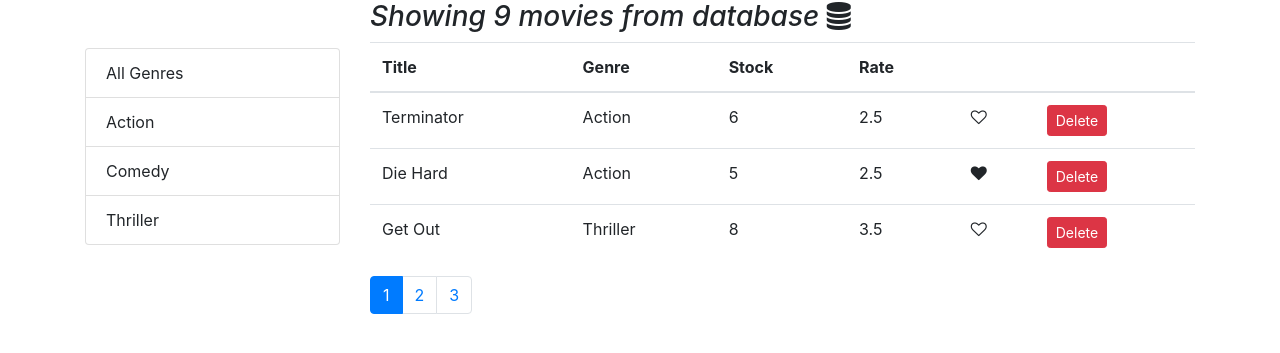
Repository: Edes2128/MovieTable-pagination-filter-sorting-in-React
Page: /
An editor plug-in stored every save of this project. The page is shown before and after a run of saves, followed by the edit.
The browser window is 1280 px wide. The pictures show the whole page.
The project was rebuilt for these pictures with package versions that can differ from the ones it lists, and the page was loaded fresh each time.

Above is the page before, as saved 2020-06-26 13:29:40.

### public/index.html
<!DOCTYPE html>
<html lang="en">
  <head>
    <meta charset="utf-8" />
    <link rel="icon" href="%PUBLIC_URL%/favicon.ico" />
    <meta name="viewport" content="width=device-width, initial-scale=1" />
    <meta name="theme-color" content="#000000" />
    <meta
      name="description"
      content="Web site created using create-react-app"
    />
    <link rel="apple-touch-icon" href="%PUBLIC_URL%/logo192.png" />

    <link rel="manifest" href="%PUBLIC_URL%/manifest.json" />

    <title>React App</title>
  </head>
  <body>
    <noscript>You need to enable JavaScript to run this app.</noscript>
    <div id="root"></div>
</html>

### src/index.js
import React from 'react';
import ReactDOM from 'react-dom';
import './index.css';
import 'bootstrap/dist/css/bootstrap.css';
//import App from './App'
import 'font-awesome/css/font-awesome.css'
import Movies from './components/movies'

ReactDOM.render(
  <React.StrictMode>
    <Movies />
  </React.StrictMode>,
  document.getElementById('root')
);

### src/components/movies.jsx
import React, { Component } from 'react';
import {getMovies} from '../services/fakeMovieService';
import ListGroup from './common/listGroup';
import Pagination from './common/pagination'
import {paginate} from '../utils/paginate';
import {getGenres} from '../services/fakeGenreService'
import MoviesTable from './moviesTable';
import _ from 'lodash';

class Movies extends Component {
    state = {
        movies: [],
        pageSize: 3,
        currentPage: 1,
        genres: [],
        selectedGenre: {},
        sortColumn: {path: 'title',order:'asc'}
     }

     componentDidMount(){
            const genres = [{_id: "", name: 'All Genres'},...getGenres()]
            this.setState({genres,movies: getMovies()})

     }

     handleDelete = (movie) => {
            const movies  = this.state.movies.filter(m => m._id !== movie._id);
            this.setState({movies})
     }

     handleLike = (movie) => {
        const movies = [...this.state.movies];
        const index = movies.indexOf(movie);
        movies[index] = {...movies[index]};
         movies[index].liked = !movies[index].liked;
        this.setState({movies});
        };

        handlePageChange = (page) => {
            this.setState({currentPage : page})
        }

        handleGenreSelect = (genre) => {
                this.setState({selectedGenre: genre,currentPage: 1})
        }

        handleSort = path => {
                this.setState({sortColumn: {path: path,order: 'asc'}})
        }

    render() {
            const {length : count} = this.state.movies
            const {pageSize,currentPage,movies: allMovies,selectedGenre,sortColumn} = this.state;

            if(count === 0) return <p>There are no movies in the database</p>

            const filtered = selectedGenre && selectedGenre._id ? allMovies.filter(m => m.genre._id === selectedGenre._id) : allMovies;
           const sorted =  _.orderBy(filtered,[sortColumn.path],[sortColumn.order])
            const movies = paginate(filtered,currentPage,pageSize);

        return (
            <div className="container">
            <div className="row">
            <div className="col-3">
                <ListGroup items={this.state.genres} selectedItem={this.state.selectedGenre} onItemSelect={this.handleGenreSelect} />
            </div>
            <div className="col">
            <h3><i>Showing {filtered.length} movies from database</i> <i className="fa fa-database"></i></h3>
            <MoviesTable movies={movies} onDelete={this.handleDelete} onLike={this.handleLike} onSort={this.handleSort} />
             <Pagination itemsCount={filtered.length} pageSize={pageSize} onPageChange={this.handlePageChange} currentPage={currentPage} />
            </div>
             </div>
             </div>
        );
    }
}
export default Movies;

### src/services/fakeMovieService.js
import * as genresAPI from "./fakeGenreService";

const movies = [
  {
    _id: "5b21ca3eeb7f6fbccd471815",
    title: "Terminator",
    genre: { _id: "5b21ca3eeb7f6fbccd471818", name: "Action" },
    numberInStock: 6,
    dailyRentalRate: 2.5,
    publishDate: "2018-01-03T19:04:28.809Z",
    liked: false
  },
  {
    _id: "5b21ca3eeb7f6fbccd471816",
    title: "Die Hard",
    genre: { _id: "5b21ca3eeb7f6fbccd471818", name: "Action" },
    numberInStock: 5,
    dailyRentalRate: 2.5,
    liked: true
  },
  {
    _id: "5b21ca3eeb7f6fbccd471817",
    title: "Get Out",
    genre: { _id: "5b21ca3eeb7f6fbccd471820", name: "Thriller" },
    numberInStock: 8,
    dailyRentalRate: 3.5,
    liked: false
  },
  {
    _id: "5b21ca3eeb7f6fbccd471819",
    title: "Trip to Italy",
    genre: { _id: "5b21ca3eeb7f6fbccd471814", name: "Comedy" },
    numberInStock: 7,
    dailyRentalRate: 3.5,
    liked: true
  },
  {
    _id: "5b21ca3eeb7f6fbccd47181a",
    title: "Airplane",
    genre: { _id: "5b21ca3eeb7f6fbccd471814", name: "Comedy" },
    numberInStock: 7,
    dailyRentalRate: 3.5,
    liked: false
  },
  {
    _id: "5b21ca3eeb7f6fbccd47181b",
    title: "Wedding Crashers",
    genre: { _id: "5b21ca3eeb7f6fbccd471814", name: "Comedy" },
    numberInStock: 7,
    dailyRentalRate: 3.5,
    liked: true
  },
  {
    _id: "5b21ca3eeb7f6fbccd47181e",
    title: "Gone Girl",
    genre: { _id: "5b21ca3eeb7f6fbccd471820", name: "Thriller" },
    numberInStock: 7,
    dailyRentalRate: 4.5,
    liked: true
  },
  {
    _id: "5b21ca3eeb7f6fbccd47181f",
    title: "The Sixth Sense",
    genre: { _id: "5b21ca3eeb7f6fbccd471820", name: "Thriller" },
    numberInStock: 4,
    dailyRentalRate: 3.5,
    liked: false
  },
  {
    _id: "5b21ca3eeb7f6fbccd471821",
    title: "The Avengers",
    genre: { _id: "5b21ca3eeb7f6fbccd471818", name: "Action" },
    numberInStock: 7,
    dailyRentalRate: 3.5,
    liked: true
  },

];

export function getMovies() {
  return movies;
}

export function getMovie(id) {
  return movies.find(m => m._id === id);
}

export function saveMovie(movie) {
  let movieInDb = movies.find(m => m._id === movie._id) || {};
  movieInDb.name = movie.name;
  movieInDb.genre = genresAPI.genres.find(g => g._id === movie.genreId);
  movieInDb.numberInStock = movie.numberInStock;
  movieInDb.dailyRentalRate = movie.dailyRentalRate;

  if (!movieInDb._id) {
    movieInDb._id = Date.now();
    movies.push(movieInDb);
  }

  return movieInDb;
}

export function deleteMovie(id) {
  let movieInDb = movies.find(m => m._id === id);
  movies.splice(movies.indexOf(movieInDb), 1);
  return movieInDb;
}

### src/components/common/listGroup.jsx
import React from 'react'

const ListGroup = (props) => {

        const {items, textProperty,valueProperty,onItemSelect ,selectedItem} = props;

    return <ul className="list-group mt-5">
        {items.map(item => (
            <li onClick={()=> onItemSelect(item)} key={item[valueProperty]} className={selectedItem === item ? "list-group-item active": "list-group-item"} style={{cursor:"pointer"}}>{item[textProperty]}</li>
        ))}
    </ul>
    ;
}
ListGroup.defaultProps = {
    textProperty: "name",
    valueProperty: "_id"
};
export default ListGroup;

### src/components/common/pagination.jsx
import React from 'react'
import _ from 'lodash';
const Pagination = (props) => {

    const {itemsCount,pageSize,onPageChange,currentPage}  = props;

    const pagesCount = Math.ceil(itemsCount / pageSize);
    if(pagesCount === 1) return null;
    const pages =  _.range(1,pagesCount + 1)
    return <nav>
        <ul className="pagination">
        {pages.map(page => (
            <li key={page} className={page === currentPage ? 'page-item active' : 'page-item'}><a onClick={()=>onPageChange(page)}  style={{cursor:"pointer"}} className="page-link">{page}</a></li>
        ))}
        </ul>
    </nav>
}
export default Pagination;

### src/utils/paginate.js
import _ from 'lodash';

export function paginate(items,pageNumber,pageSize){

        const startIndex = (pageNumber - 1) * pageSize;
       return _(items).slice(startIndex).take(pageSize).value();
}

### src/components/moviesTable.jsx
import React from 'react'
import Likes from './common/like'

const MoviesTable = (props) => {

    const {movies,onDelete,onLike,onSort} = props;

    return (

        <table className="table">
        <thead>
            <tr>
                <th onClick={() => onSort('title')}>Title</th>
                <th onClick={() => onSort('genre.name')}>Genre</th>
                <th onClick={() => onSort('numberInStock')}>Stock</th>
                <th onClick={() => onSort('dailyRentalRate')}>Rate</th>
                <th></th>
                <th></th>
            </tr>
        </thead>
        <tbody>
        {movies.map(movie =>

            <tr key={movie._id}>
            <td >{movie.title}</td>
            <td >{movie.genre.name}</td>
            <td >{movie.numberInStock}</td>
            <td>{movie.dailyRentalRate}</td>
            <td><Likes onClick={() => onLike(movie)} liked={movie.liked}/></td>
            <td><button onClick={() => onDelete(movie)} className="btn btn-danger btn-sm">Delete</button></td>
            </tr>
            )}
        </tbody>
     </table>
    );
}

export default MoviesTable;

### src/components/common/like.jsx
import React from 'react'
const Like = (props) => {
        let classes = "fa fa-heart"
        if(!props.liked)  classes += "-o"
        return ( <i onClick={props.onClick} style={{cursor:"pointer"}} className={classes} aria-hidden="true"></i> );
}
export default Like;

Loaded but not shown: src/index.css (common file); src/services/fakeGenreService.js (common file)

After the next 3 saves:
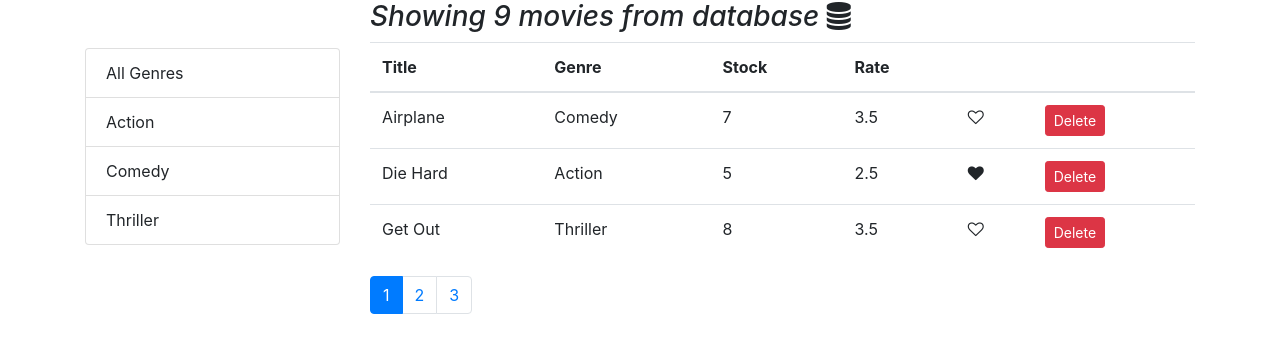
The 3 saves are shown as one change because they came seconds apart.
The last was saved 9 s later.
--- a/src/components/movies.jsx
+++ b/src/components/movies.jsx
@@ -56,7 +56,7 @@ class Movies extends Component {
 
             const filtered = selectedGenre && selectedGenre._id ? allMovies.filter(m => m.genre._id === selectedGenre._id) : allMovies;
            const sorted =  _.orderBy(filtered,[sortColumn.path],[sortColumn.order])
-            const movies = paginate(filtered,currentPage,pageSize);
+            const movies = paginate(sorted,currentPage,pageSize);
 
         return (
             <div className="container">
